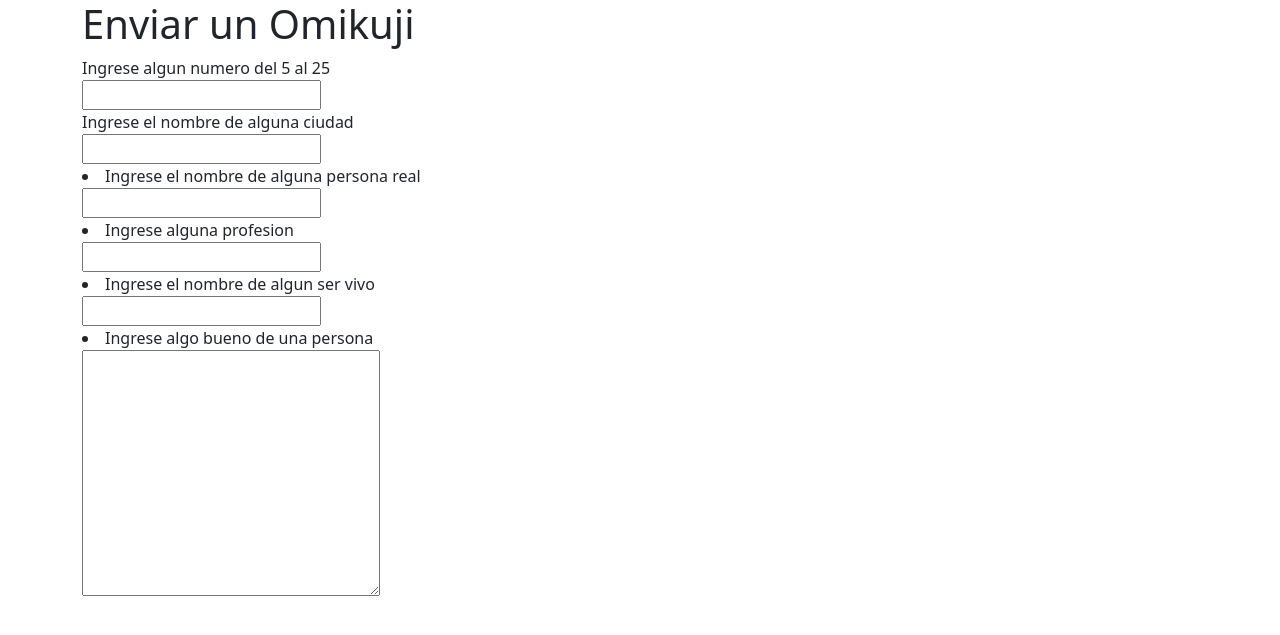
Repository: fanoneytor/condingDojo-JavaSpring
Page: http://localhost/Omikuji/WEB-INF/index.jsp
The author's editor kept a copy of each file at every save. The page is drawn from the files as they stood at one save, then again after the next save.
The browser window is 1280 px wide. The pictures show the whole page.
The page is served by Tomcat 9. Nobody is signed in. The template is opened directly, without the code that normally fills it, so the values that code supplies are empty.

Above is the page before, as saved 2023-03-12 17:25:13.

After the next save:
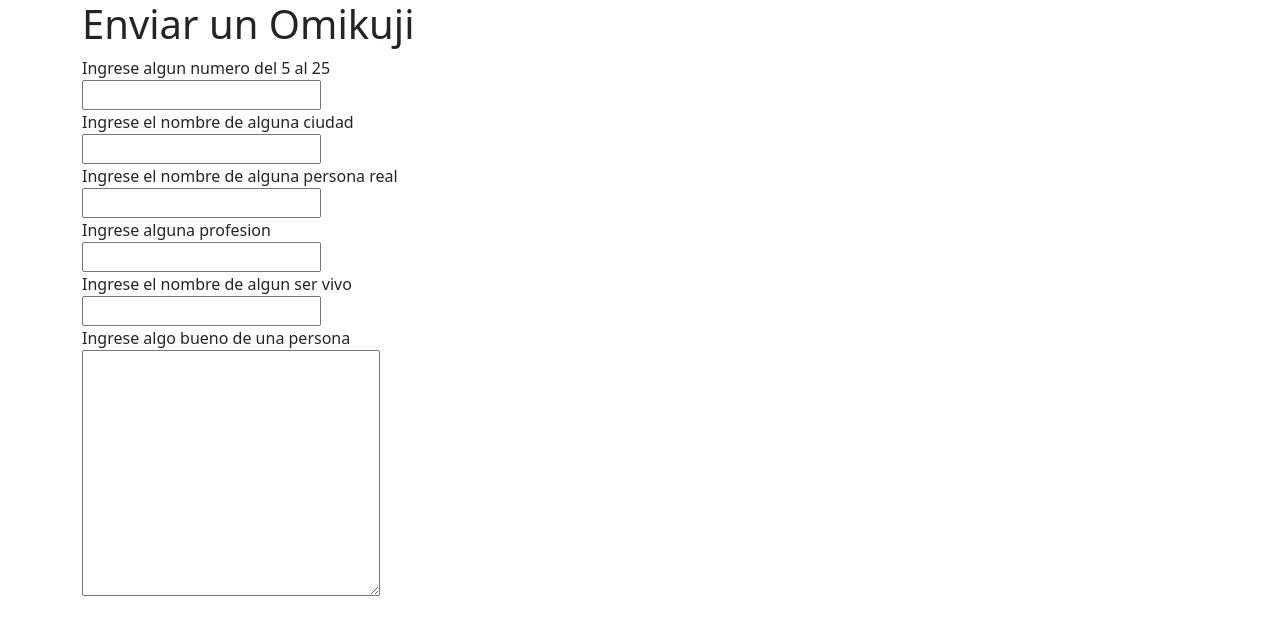
Saved 85 s later.
--- a/workspace/Omikuji/src/main/webapp/WEB-INF/index.jsp
+++ b/workspace/Omikuji/src/main/webapp/WEB-INF/index.jsp
@@ -19,27 +19,25 @@
 						<input type="number" />
 					</div>
 					<div class="form-group">
+						<label for="nombreCiudad">Ingrese el nombre de alguna ciudad</label>
+						<input type="text" />
 					</div>
-							<label for="nombreCiudad">Ingrese el nombre de alguna ciudad</label>
-							<input type="text" />
-						</li>
-						<li>
-							<label for="nombre">Ingrese el nombre de alguna persona real</label>
-							<input type="text" />
-						</li>
-						<li>
-							<label for="profesion">Ingrese alguna profesion</label>
-							<input type="text" />
-						</li>
-						<li>
-							<label for="serVivo">Ingrese el nombre de algun ser vivo</label>
-							<input type="text" />
-						</li>
-						<li>
-							<label for="algoBueno">Ingrese algo bueno de una persona</label>
-							<textarea name="algoBueno" id="algoBueno" cols="30" rows="10"></textarea>
-						</li>
-					</ul>
+					<div class="form-group">
+						<label for="nombre">Ingrese el nombre de alguna persona real</label>
+						<input type="text" />
+					</div>
+					<div class="form-group">
+						<label for="profesion">Ingrese alguna profesion</label>
+						<input type="text" />
+					</div>
+					<div class="form-group">
+						<label for="serVivo">Ingrese el nombre de algun ser vivo</label>
+						<input type="text" />
+					</div>
+					<div class="form-group">
+						<label for="algoBueno">Ingrese algo bueno de una persona</label>
+						<textarea name="algoBueno" id="algoBueno" cols="30" rows="10"></textarea>
+					</div>
 				</form>
 			</div>
 		</div>
